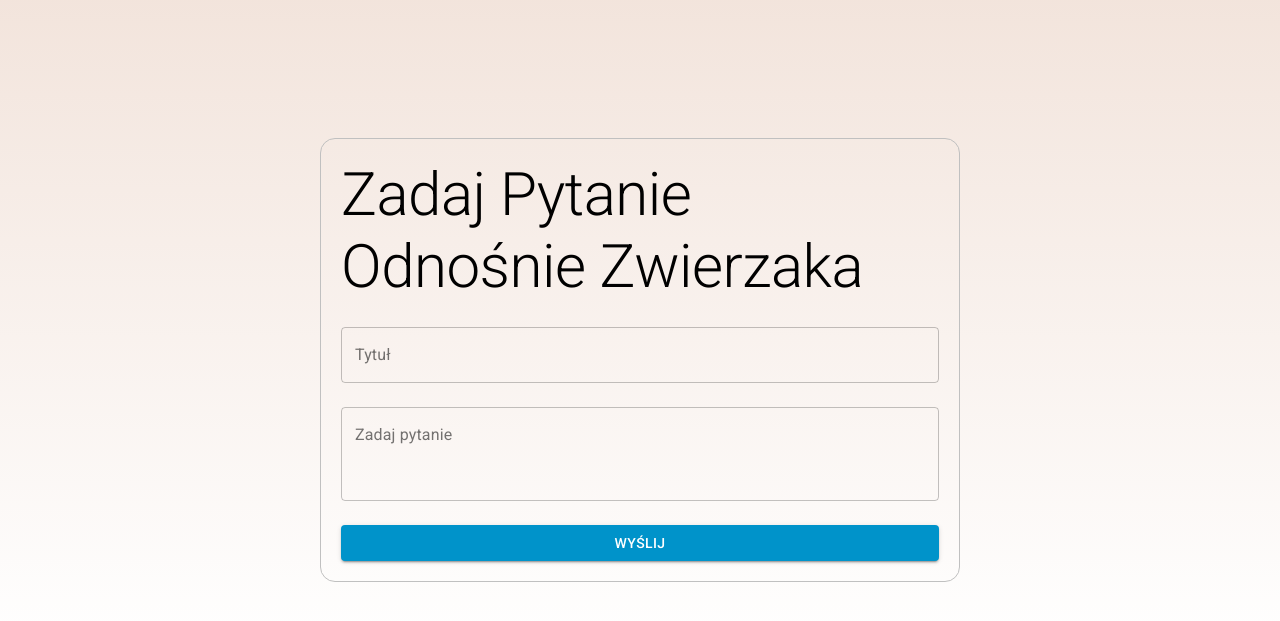
Repository: piotr-bocian/Projekt-5
Page: /
These files come from the project's save history. The page is drawn as it stood at one moment and after the next save; the edit follows.
The browser window is 1280 px wide. The pictures show the whole page.
The project was rebuilt for these pictures with package versions that can differ from the ones it lists, and the page was loaded fresh each time.

Above is the page before, as saved 2021-03-22 18:02:24.

After the next save:
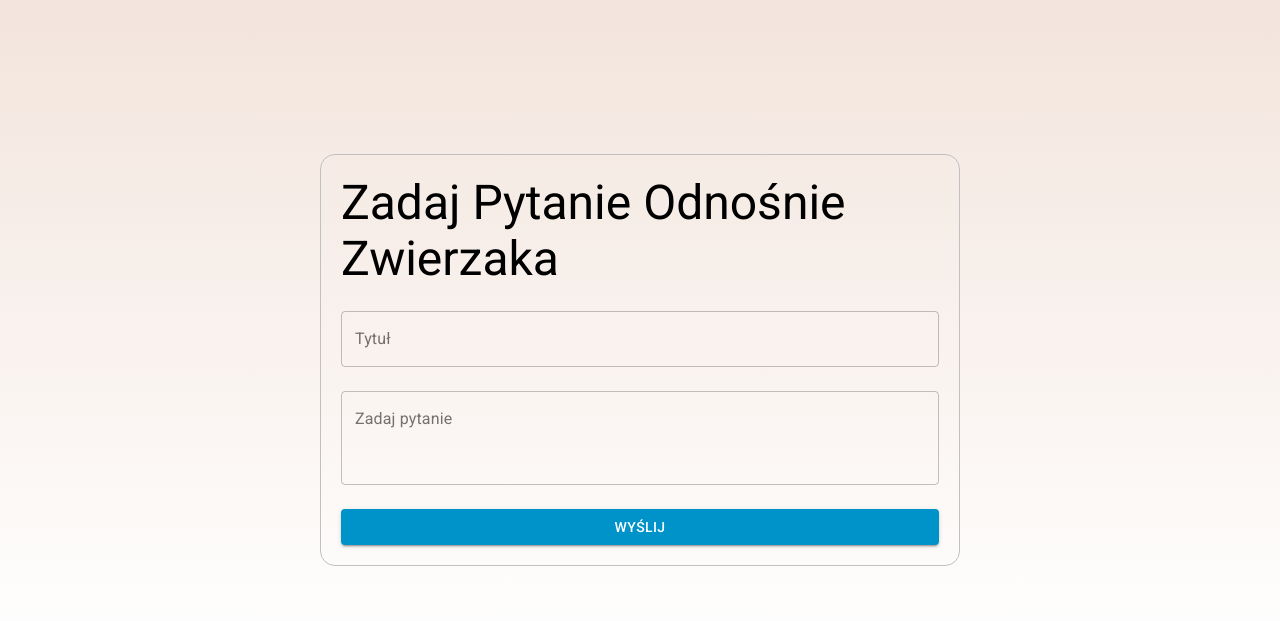
Saved 12 s later.
--- a/src/components/Organisms/AdotpionForm/AdotpionForm.js
+++ b/src/components/Organisms/AdotpionForm/AdotpionForm.js
@@ -26,7 +26,7 @@ const AdotpionForm = () => {
         <form className="form" onSubmit={sendForm}>
             <Grid container spacing={3}>
                 <Grid item xs={12} sm={12} md={12}>
-                    <Typography variant="h2">Zadaj Pytanie Odnośnie Zwierzaka</Typography>
+                    <Typography variant="h3">Zadaj Pytanie Odnośnie Zwierzaka</Typography>
                 </Grid>
                 <Grid item xs={12} sm={12} md={12}>
                     <TextField
